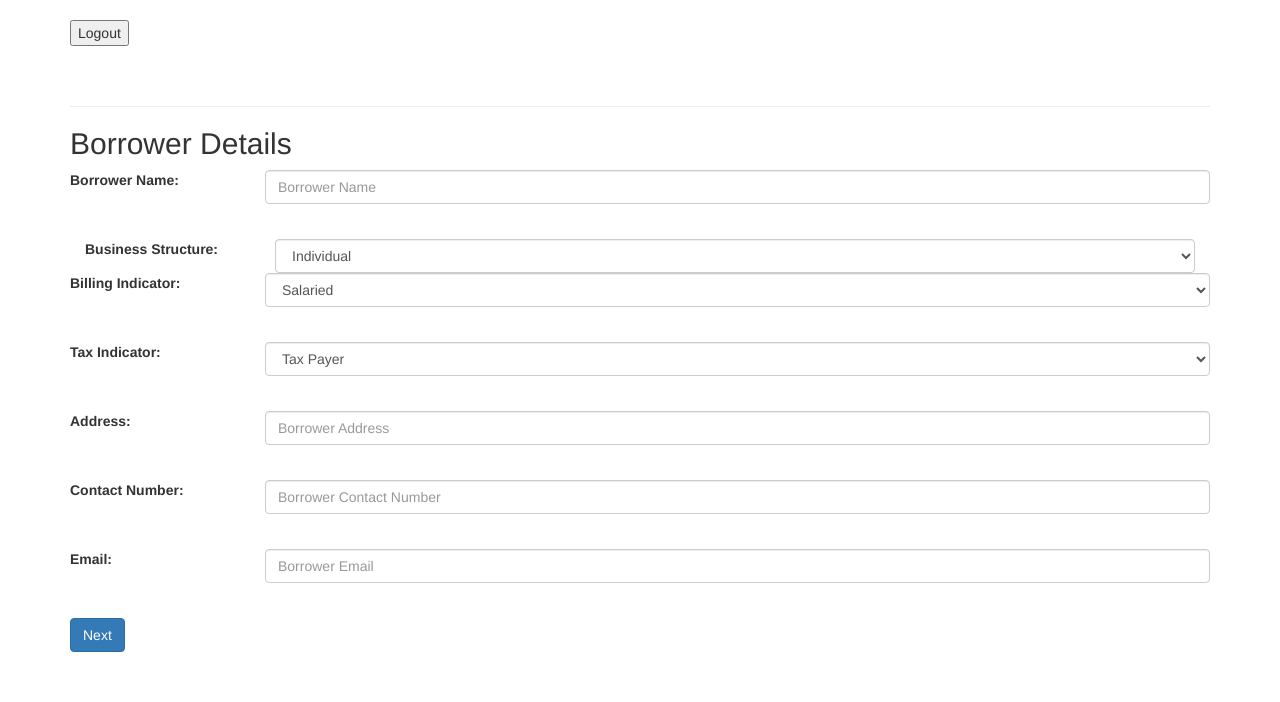
Repository: Bayvao/E-Loan-Project
Page: http://localhost/E-Loan-Project/WEB-INF/views/borrower-details-form.jsp
These files come from the project's save history. The page is drawn as it stood at one moment and after the next save; the edit follows.
The browser window is 1280 px wide. The pictures show the whole page.
The page is served by Tomcat 9. Nobody is signed in. Other server files are loaded and not shown. The template is opened directly, without the code that normally fills it, so the values that code supplies are empty.

Above is the page before, as saved 2020-07-20 12:46:36.

### E-Loan-Project/src/main/webapp/WEB-INF/views/borrower-details-form.jsp
<%@ taglib prefix="form" uri="http://www.springframework.org/tags/form"%>
<%@ taglib prefix="security"
	uri="http://www.springframework.org/security/tags"%>
<%@ taglib prefix="c" uri="http://java.sun.com/jsp/jstl/core"%>

<!DOCTYPE html>
<html lang="en">
<head>
<title>Borrower Details</title>
<meta charset="utf-8">
<meta name="viewport" content="width=device-width, initial-scale=1">
<link rel="stylesheet"
	href="https://maxcdn.bootstrapcdn.com/bootstrap/3.4.1/css/bootstrap.min.css">
<script
	src="https://ajax.googleapis.com/ajax/libs/jquery/3.5.1/jquery.min.js"></script>
<script
	src="https://maxcdn.bootstrapcdn.com/bootstrap/3.4.1/js/bootstrap.min.js"></script>

<style>
.error {
	color: red;
}
</style>
</head>
<body>
	<div class="container">
		<br />

		<!-- Add a logout button -->
		<form:form action="${pageContext.request.contextPath}/logout"
			method="POST">

			<input type="submit" value="Logout" />

		</form:form>

		<!-- display user name and role -->
		<br /> <br />
		<p>

			<security:authorize access="isAuthenticated()">
        User: <security:authentication property="principal.username" />
        Role(s): <security:authentication
					property="principal.authorities" />
			</security:authorize>
		</p>

		<hr>
		<h2>Borrower Details</h2>
		<form:form
			action="${pageContext.request.contextPath}/loan/processBorrower"
			modelAttribute="loanBorrower">

			<div class="form-group row">
				<label class="col-sm-2 col-form-label">Borrower Name: </label>
				<div class="col-sm-10">
					<form:input path="bName" placeholder="Borrower Name"
						class="form-control" />
					<form:errors path="bName" cssClass="error" />
				</div>
			</div>
			<br>
			<div class="form-row align-items-center">
				<div class="col-auto my-1">
				<label class="col-sm-2 col-form-label">Business Structure: </label>
				<div class="col-sm-10">
					<form:select path="bStructure" class="form-control">
						<form:option value="Individual">Individual</form:option>
						<form:option value="Organizational">Organizational</form:option>

					</form:select>
				</div>
			</div>
			<br>
			<div class="form-group row">
				<label class="col-sm-2 col-form-label">Billing Indicator: </label>
				<div class="col-sm-10">
					<form:select path="bIndicator" class="form-control">
						<form:option value="Salaried">Salaried</form:option>
						<form:option value="Non-Salaried">Non-Salaried</form:option>

					</form:select>
				</div>
			</div>
			<br>
			<div class="form-group row">

				<label class="col-sm-2 col-form-label">Tax Indicator: </label>
				<div class="col-sm-10">
					<form:select path="tIndicator" class="form-control">
						<form:option value="Tax Payer">Tax Payer</form:option>
						<form:option value="Not Tax Payer">Non Tax Payer</form:option>

					</form:select>
				</div>
			</div>
			<br>
			<div class="form-group row">
				<label class="col-sm-2 col-form-label">Address: </label>
				<div class="col-sm-10">
					<form:input path="bAddress" placeholder="Borrower Address"
						class="form-control" />
					<form:errors path="bAddress" cssClass="error" />
				</div>
			</div>
			<br>
			<div class="form-group row">
				<label class="col-sm-2 col-form-label">Contact Number: </label>
				<div class="col-sm-10">
					<form:input path="bContactNo" placeholder="Borrower Contact Number"
						class="form-control" />
					<form:errors path="bContactNo" cssClass="error" />
				</div>
			</div>
			<br>
			<div class="form-group row">
				<label class="col-sm-2 col-form-label">Email: </label>
				<div class="col-sm-10">
					<form:input path="bEmail" placeholder="Borrower Email"
						class="form-control" />
					<form:errors path="bEmail" cssClass="error" />
				</div>
			</div>
			<br>
			<div class="form-group row">
				<div class="col-sm-10">
					<button type="submit" class="btn btn-primary">Next</button>
				</div>
			</div>
		</form:form>
	</div>

</body>
</html>

After the next save:
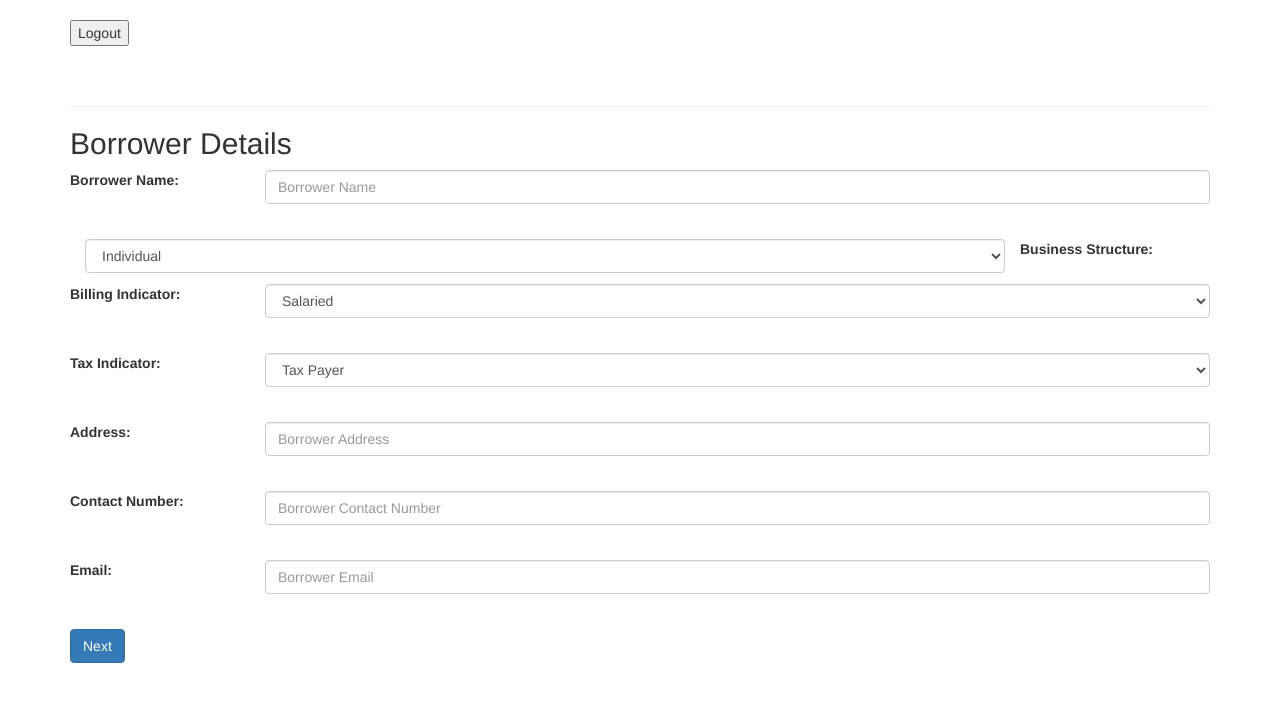
Saved 33 s later.
--- a/E-Loan-Project/src/main/webapp/WEB-INF/views/borrower-details-form.jsp
+++ b/E-Loan-Project/src/main/webapp/WEB-INF/views/borrower-details-form.jsp
@@ -62,7 +62,7 @@
 			<br>
 			<div class="form-row align-items-center">
 				<div class="col-auto my-1">
-				<label class="col-sm-2 col-form-label">Business Structure: </label>
+				<label class="mr-sm-2">Business Structure: </label>
 				<div class="col-sm-10">
 					<form:select path="bStructure" class="form-control">
 						<form:option value="Individual">Individual</form:option>
